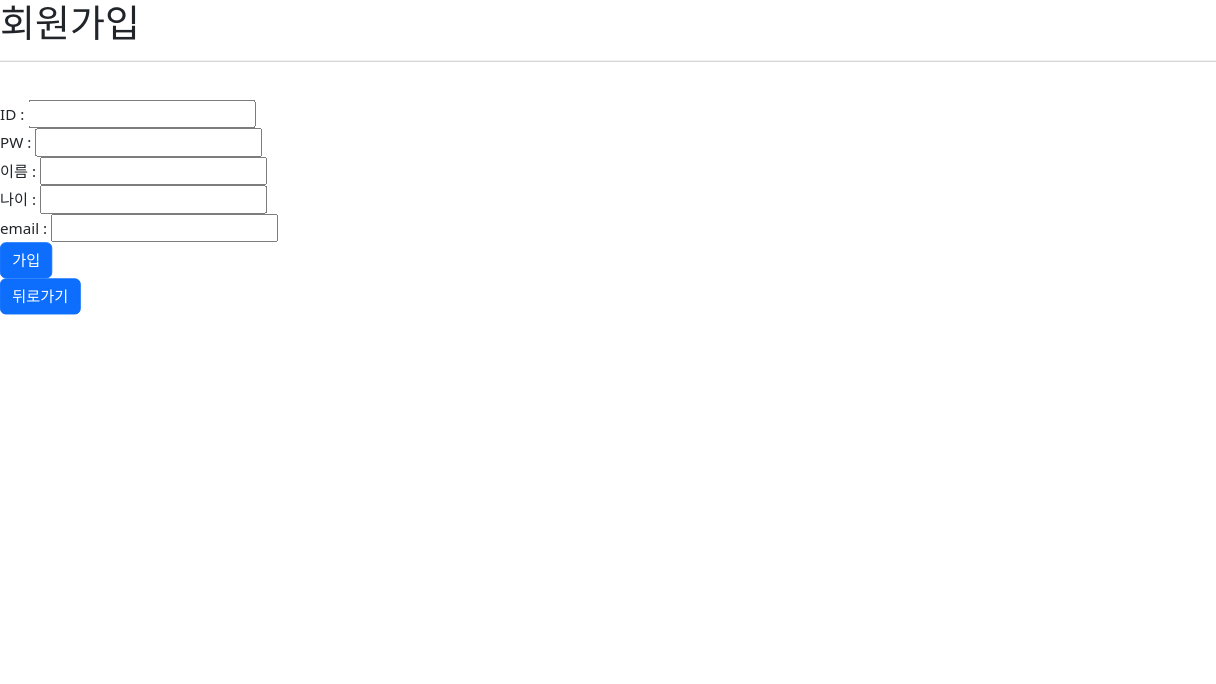
Repository: yangone8249/jsp_project
Page: http://localhost/yang_project/member/MemberCreate.jsp
An editor plug-in stored every save of this project. The page is shown before and after the next save, followed by the edit.
The browser window is 1280 px wide. The pictures show the whole page, at 95% of full size.
The page is served by Tomcat 9. Other server files are loaded and not shown.

Above is the page before, as saved 2023-06-01 02:03:51.

### yang_project/yang_project/src/main/webapp/member/MemberCreate.jsp
<%@ page language="java" contentType="text/html; charset=UTF-8"
    pageEncoding="UTF-8"%>
<!DOCTYPE html>
<html>
<head>
<meta charset="UTF-8">
<title>회원가입</title>
<link href="https://cdn.jsdelivr.net/npm/bootstrap@5.2.3/dist/css/bootstrap.min.css" rel="stylesheet" integrity="sha384-rbsA2VBKQhggwzxH7pPCaAqO46MgnOM80zW1RWuH61DGLwZJEdK2Kadq2F9CUG65" crossorigin="anonymous">
<script src="https://cdn.jsdelivr.net/npm/bootstrap@5.2.3/dist/js/bootstrap.bundle.min.js" integrity="sha384-kenU1KFdBIe4zVF0s0G1M5b4hcpxyD9F7jL+jjXkk+Q2h455rYXK/7HAuoJl+0I4" crossorigin="anonymous"></script>

<style type="text/css">
	#content{
		width : 1000px;
		height : 700px;
		background-color: gray;
		margin:auto;
		 justify-content : center;
		display: flex;
		align-items : center;
		padding-bottom: 400px;
	}
</style>
</head>
<body>
	<h1>회원가입</h1>
		<hr><br>
	<form action="/mem/insert" method="post">
	ID : <input type="text" name="id"/><br>
	PW : <input type="password" name="password"/><br>
	이름 : <input type="text" name="name"/><br>
	나이 : <input type="text" name="age"/><br>
	email : <input type="email" name="email"/><br>
	<button type="submit" class="btn btn-primary">가입</button>
	</form>
	<a href="/"><button type="button" class="btn btn-primary">뒤로가기</button></a>
</body>
</html>

After the next save:
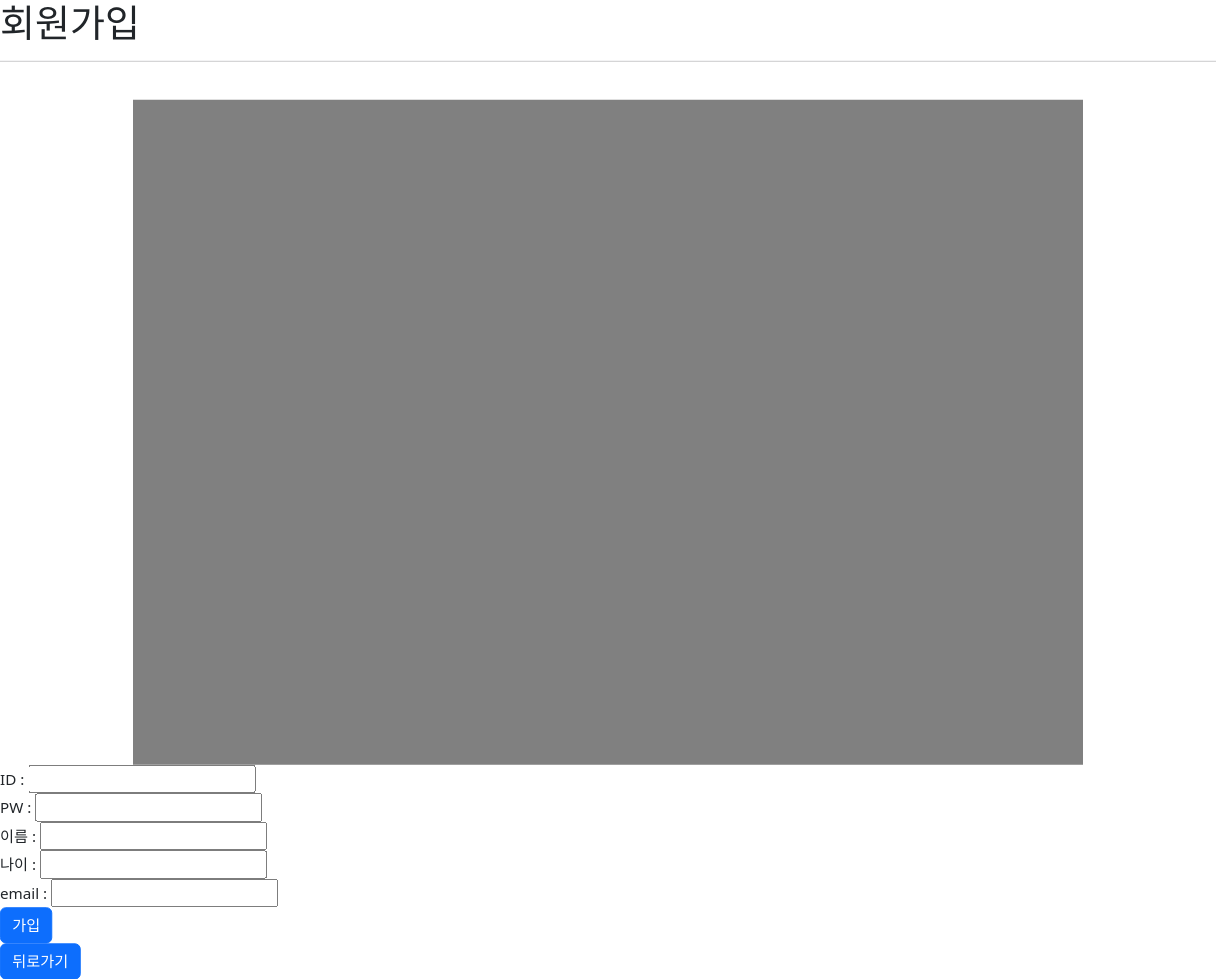
Saved 2 s later.
--- a/yang_project/yang_project/src/main/webapp/member/MemberCreate.jsp
+++ b/yang_project/yang_project/src/main/webapp/member/MemberCreate.jsp
@@ -24,6 +24,7 @@
 <body>
 	<h1>회원가입</h1>
 		<hr><br>
+		<div id="content"></div>
 	<form action="/mem/insert" method="post">
 	ID : <input type="text" name="id"/><br>
 	PW : <input type="password" name="password"/><br>
@@ -32,6 +33,6 @@
 	email : <input type="email" name="email"/><br>
 	<button type="submit" class="btn btn-primary">가입</button>
 	</form>
-	<a href="/"><button type="button" class="btn btn-primary">뒤로가기</button></a>
+	<a href="/"><button type="button" class="btn btn-primary">뒤로가기</button></a></div>
 </body>
 </html>
